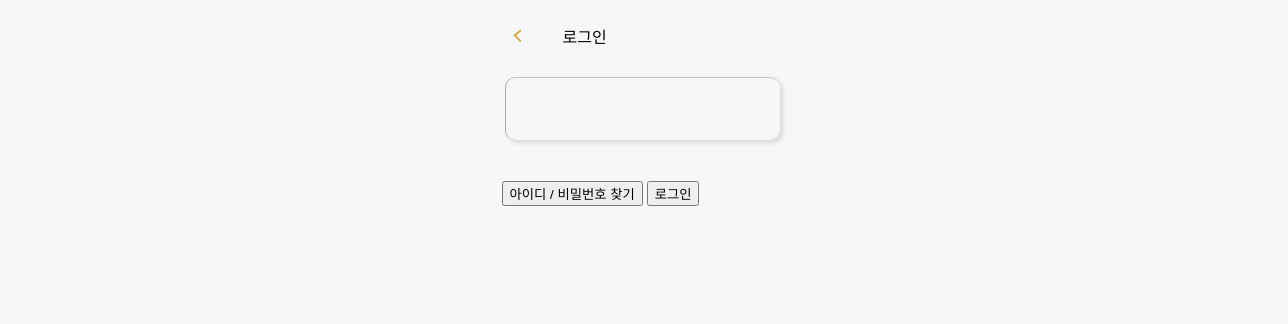
Repository: PEPI-dev/UI
Page: login/login.html
These files come from the project's save history. The page is drawn as it stood at one moment and after a run of saves; the edit follows.
The browser window is 1280 px wide. The page is 1288 px wide, so the pictures cover 1288 px, including what lies to the right of the window. The pictures show the whole page.

Above is the page before, as saved 2023-12-04 16:31:01.

After the next 2 saves:
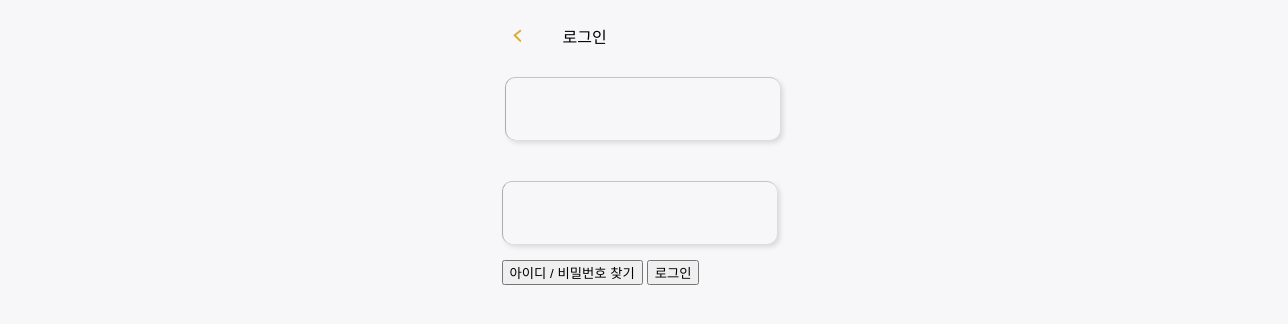
The 2 saves are shown as one change because they came seconds apart.
The last was saved 11 s later.
--- a/login/login.html
+++ b/login/login.html
@@ -12,7 +12,7 @@
     <form action="#">
         <div id="div_back"><button id="back"><img src="../a_icon/button-02.svg"></img></button><p id="txt_login">로그인</p></div>
         <p class="input_form"><input class="field" id="ID"></input></p>
-        <p class="input_form"><p class=""<input class="field" id="password" type="password" ></input></p>
+        <p class="input_form"><p class="txt_input"></p><input class="field" id="password" type="password" ></input></p>
         <button class="text_btn">아이디 / 비밀번호 찾기</button>
         <button id="login_btn">로그인</button>
     </form>
